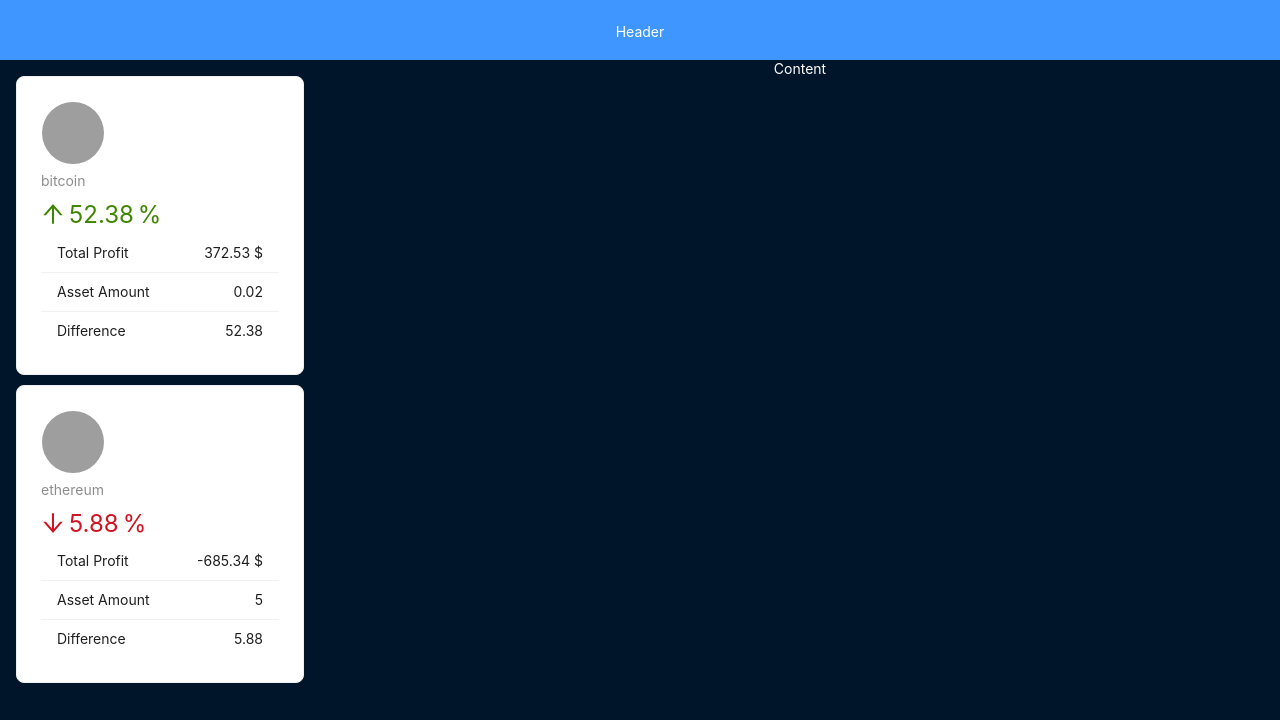
Repository: Vadia23/React-Crypto-App
Page: /
These files come from the project's save history. The page is drawn as it stood at one moment and after the next save; the edit follows.
The browser window is 1280 px wide. The pictures show the whole page.
Pictures or frames that could not be fetched are drawn as grey boxes. The project was rebuilt for these pictures with package versions that can differ from the ones it lists, and the page was loaded fresh each time. Also part of the build but not shown: vite.config.js.

Above is the page before, as saved 2024-02-08 20:00:57.

### src/App.jsx
import { Layout } from "antd";
import AppHeader from "./components/layout/AppHeader";
import AppSider from "./components/layout/AppSider";
import AppContent from "./components/layout/AppConten";

export default function App() {
  return (
    <Layout>
      <AppHeader />
      <Layout>
        <AppSider />
        <AppContent />
      </Layout>
    </Layout>
  );
}

### src/components/layout/AppHeader.jsx
import { Layout } from "antd";

const headerStyle = {
  textAlign: "center",
  color: "#fff",
  height: 60,
  paddingInline: 48,
  lineHeight: "64px",
  backgroundColor: "#4096ff",
};

export default function AppHeader() {
  return <Layout.Header style={headerStyle}>Header</Layout.Header>;
}

### src/components/layout/AppSider.jsx
import { Avatar, Card, Layout, List, Spin, Statistic, Typography } from "antd";
import { ArrowDownOutlined, ArrowUpOutlined } from "@ant-design/icons";
import { useEffect, useState } from "react";
import { fakeFetchCrypto, fetchAssets } from "../../api";
import { percentDifference } from "../../utils";

const siderStyle = {
  padding: "1rem",
};

const data = [
  "Racing car sprays burning fuel into crowd.",
  "Japanese princess to wed commoner.",
  "Australian walks 100km after outback crash.",
  "Man charged over missing wedding girl.",
  "Los Angeles battles huge wildfires.",
];

export default function AppSider() {
  const [isLoading, setIsLoading] = useState(false);
  const [crypto, setCrypto] = useState([]);
  const [assets, setAssets] = useState([]);

  useEffect(() => {
    async function preload() {
      setIsLoading(true);
      const { result } = await fakeFetchCrypto();
      const assets = await fetchAssets();

      setCrypto(result);
      setAssets(
        assets.map((asset) => {
          const coin = result.find((c) => c.id === asset.id);

          return {
            grow: asset.price < coin.price, // boolean for color of statistic
            growPercent: percentDifference(asset.price, coin.price),
            totalAmount: asset.amount * coin.price,
            totalProfit: +(
              asset.amount * coin.price -
              asset.amount * asset.price
            ).toFixed(2),
            icon: coin.icon,
            ...asset,
          };
        })
      );
      setIsLoading(false);
    }
    preload();
  }, []);
  console.log(crypto);
  console.log(assets);

  if (isLoading) {
    return <Spin spinning={isLoading} fullscreen />;
  }

  return (
    <Layout.Sider width="25%" style={siderStyle}>
      {assets.map((asset) => (
        <Card key={asset.id} style={{ marginBottom: "10px" }}>
          <Avatar size={64} src={asset.icon} style={{ marginBottom: "5px" }} />
          <Statistic
            title={asset.id}
            value={asset.growPercent}
            precision={2}
            valueStyle={{ color: asset.grow ? "#3f8600" : "#cf1322" }}
            prefix={asset.grow ? <ArrowUpOutlined /> : <ArrowDownOutlined />}
            suffix="%"
          />
          <List
            size="small"
            dataSource={[
              { title: "Total Profit", value: asset.totalProfit + " $" },
              { title: "Asset Amount", value: asset.amount },
              { title: "Difference", value: asset.growPercent },
            ]}
            renderItem={(item) => (
              <List.Item>
                <span>{item.title}</span>
                <span>{item.value}</span>
              </List.Item>
            )}
          />
        </Card>
      ))}
    </Layout.Sider>
  );
}

### src/components/layout/AppConten.jsx
import { Layout } from "antd";

const contentStyle = {
  textAlign: "center",
  minHeight: "calc(100vh - 60px)",
  color: "#fff",
  backgroundColor: "#001529",
};

export default function AppContent() {
  return <Layout.Content style={contentStyle}>Content</Layout.Content>;
}

### src/api.js
import { cryptoAssets, cryptoData } from "./data";

export function fakeFetchCrypto() {
  return new Promise((resolve) => {
    setTimeout(() => {
      resolve(cryptoData);
    }, 1);
  });
}
export function fetchAssets() {
  return new Promise((resolve) => {
    setTimeout(() => {
      resolve(cryptoAssets);
    }, 1);
  });
}

### src/utils.js
export function percentDifference(a, b) {
  return +(100 * Math.abs((a - b) / ((a + b) / 2))).toFixed(2);
}

Loaded but not shown: index.html (common file); src/main.jsx (common file); src/index.css (common file); src/data.js (625 lines, source omitted)

After the next save:
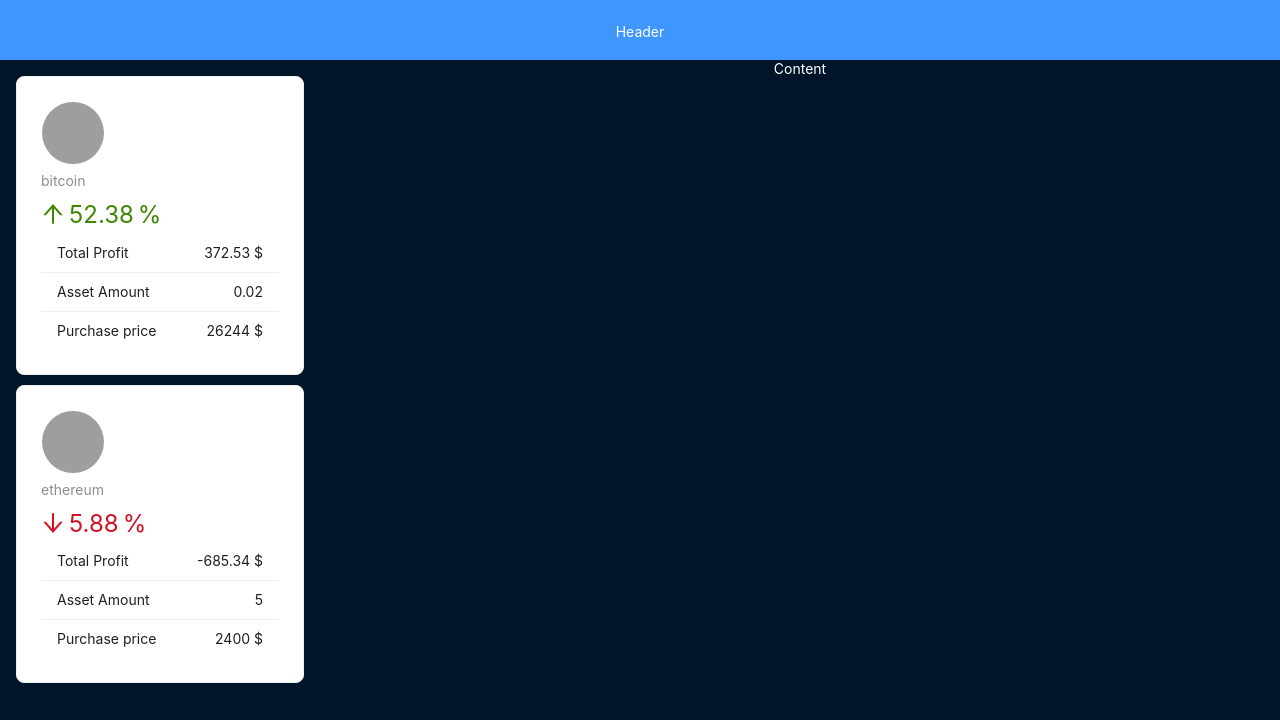
Saved 2 min 31 s later.
--- a/src/components/layout/AppSider.jsx
+++ b/src/components/layout/AppSider.jsx
@@ -74,7 +74,7 @@
             dataSource={[
               { title: "Total Profit", value: asset.totalProfit + " $" },
               { title: "Asset Amount", value: asset.amount },
-              { title: "Difference", value: asset.growPercent },
+              { title: "Purchase price", value: asset.price + " $" },
             ]}
             renderItem={(item) => (
               <List.Item>
